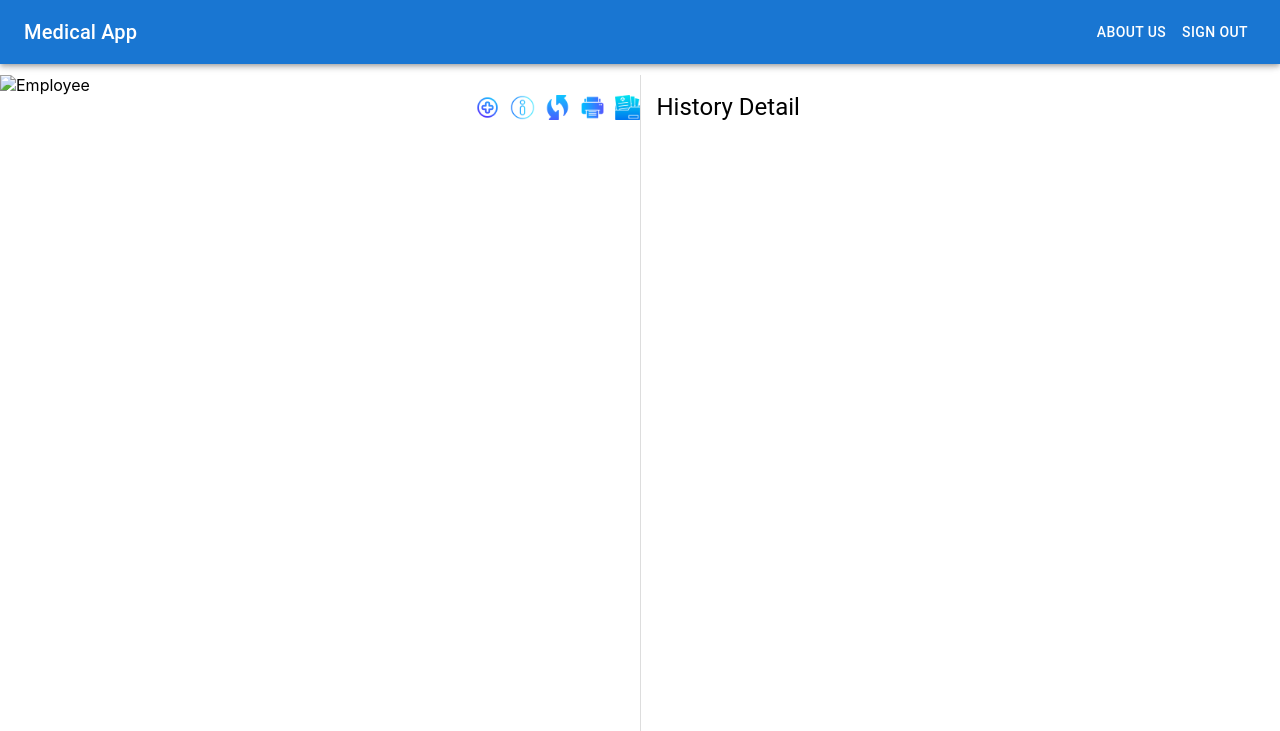
Repository: sshaiv/demo_project
Page: /
These files come from the project's save history. The page is drawn as it stood at one moment and after the next save; the edit follows.
The browser window is 1280 px wide. The pictures show the whole page.
The project was rebuilt for these pictures with package versions that can differ from the ones it lists, and the page was loaded fresh each time.

Above is the page before, as saved 2024-08-12 20:56:35.
Not found: public/assets/2000px-User_icon_2.svg.png

After the next save:
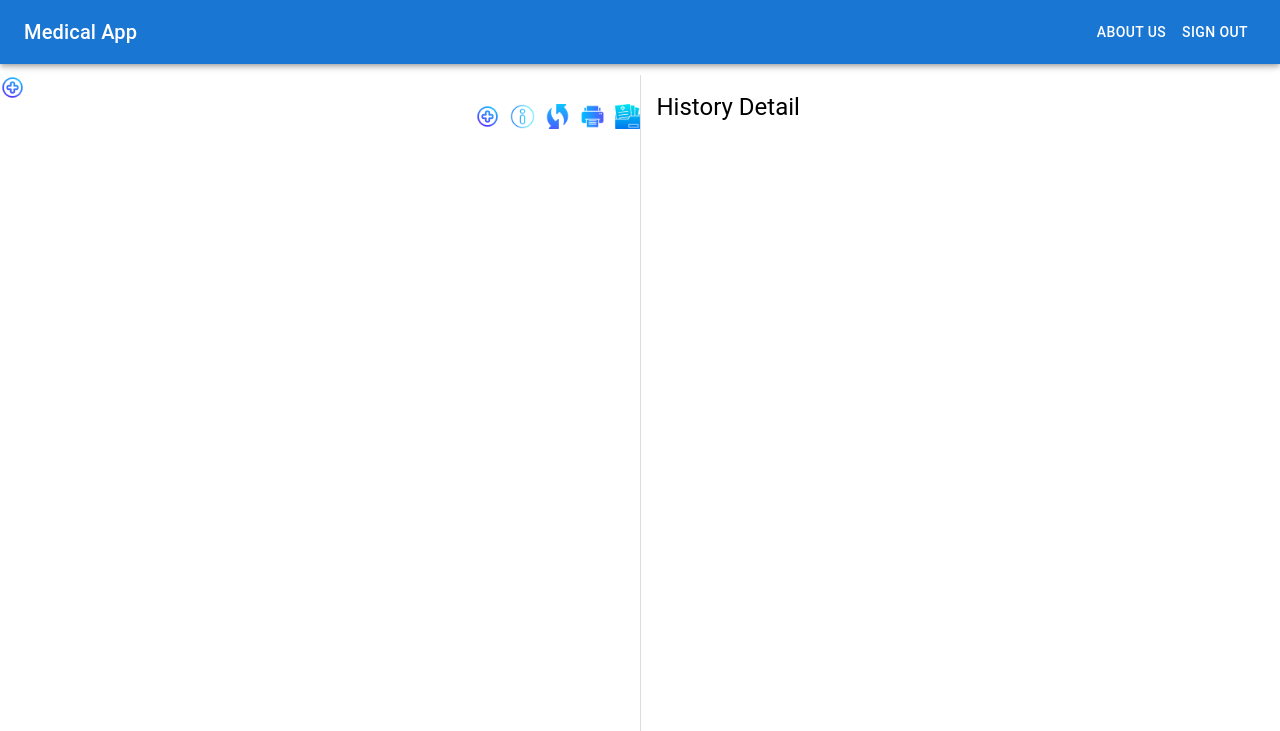
Saved 56 s later.
--- a/src/components/NursingHeader.js
+++ b/src/components/NursingHeader.js
@@ -6,12 +6,12 @@ const NursingHeader = () => {
       <div className="row">
         {/* Employee Image */}
         <div className="col-md-1">
-          <img
-            id="imgEmp"
-            src="/public/assets/2000px-User_icon_2.svg.png"
-            alt="Employee"
-            style={{ width: "60px", height: "50px" }}
-          />
+        <img
+        src="/assets/addpatients.png"
+        style={{ width: "25px", height: "25px", marginRight: "10px", cursor: "pointer" }}
+        alt="ADD"
+        onClick={() => console.log("Add Patient Clicked")}
+      />
         </div>
 
         {/* Patient Information */}
